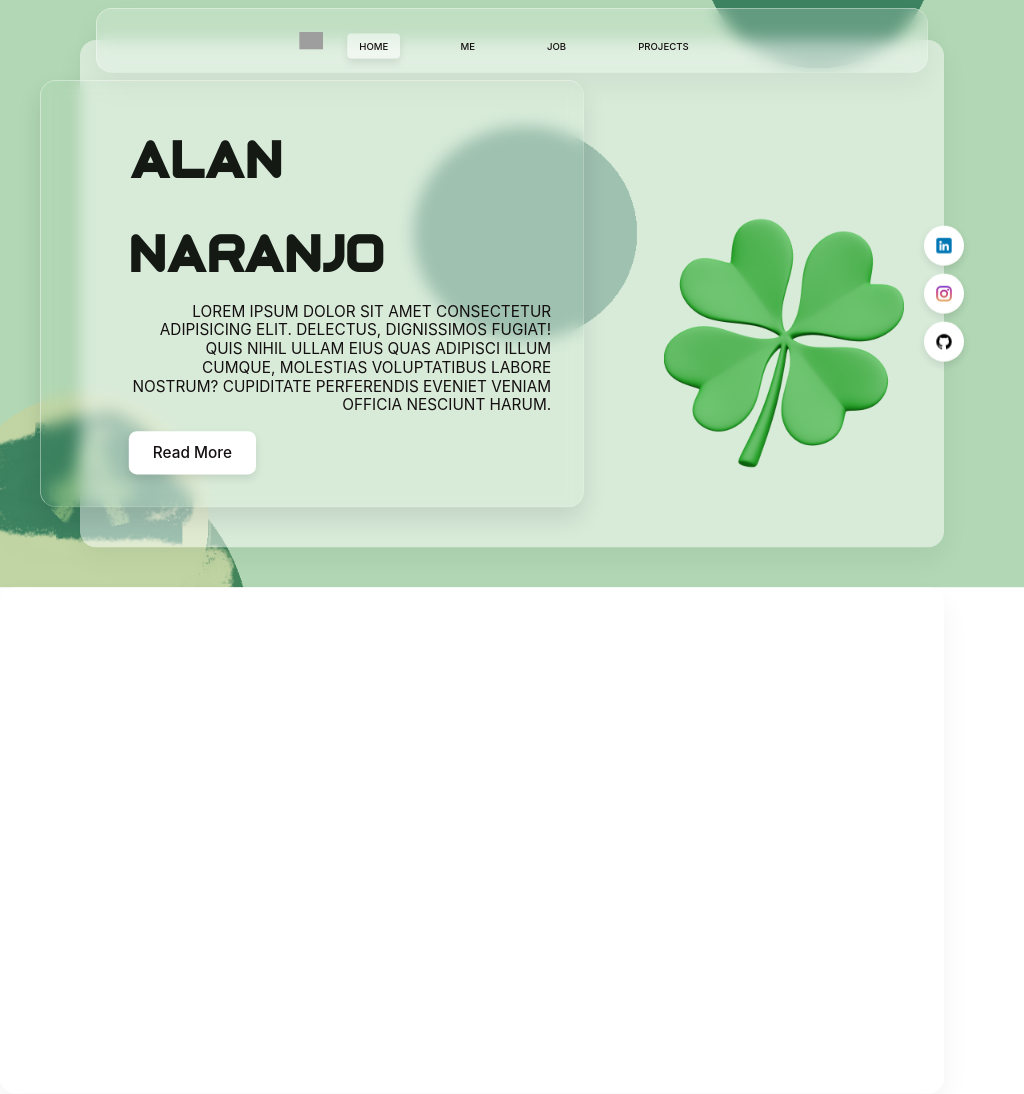
Repository: L-A-M-J-O/Me-sitio-Web
Page: / (app in my-project/)
An editor plug-in stored every save of this project. The page is shown before and after the next save, followed by the edit.
The browser window is 1280 px wide. The pictures show the whole page, at 80% of full size.
Pictures or frames that could not be fetched are drawn as grey boxes. Backgrounds fixed to the window are drawn as part of the page. The project was rebuilt for these pictures with package versions that can differ from the ones it lists, and the page was loaded fresh each time.

Above is the page before, as saved 2022-09-19 16:44:42.

### my-project/src/App.jsx
import './App.css';
import Me from './components/Me/Me';

import Navbar from './components/Navbar/Navbar'


function App() {
  return (
    <>
      <Navbar/>
      <Me/>
    </>


  );
}

export default App;

### my-project/src/App.css
 * {
    margin: 0;
    padding: 0;
    box-sizing: border-box;
 }

### my-project/src/components/Me/Me.jsx
import React from 'react'

import '../Me/Me.css'

function Me() {
  return (
    <div id='me' className='section-me'>
      <div className='container-m'>

      </div>
    </div>
  )
}

export default Me

### my-project/src/components/Navbar/Navbar.jsx
import React from 'react'

import {Link} from 'react-scroll'

import logotipo from '../../assets/img/logotipo.png'
import icon from '../../assets/img/icon.png'
import instagram from '../../assets/img/instagram.png'
import linkedin from '../../assets/img/linkedin.png'
import github from '../../assets/img/github.png'

import '../Navbar/Navbar.css'


function Navbar() {
  return (
    <section id='nav'>
      <div className='container-m'>
        <header>
          <Link to='nav' className='logo'><img src={ icon} alt='icon' width={30}/></Link>
          <ul>
            <li><Link to='nav' className='active'>Home</Link></li>
            <li><Link to='me' href='#' className=''>Me</Link></li>
            <li><Link href='#' className=''>Job</Link></li>
            <li><Link href='#' className=''>Projects</Link></li>
          </ul>
        </header>
        <div className='content'>
          <h2>Alan Naranjo</h2>
          <p>Lorem ipsum dolor sit amet consectetur adipisicing elit. Delectus, dignissimos fugiat! Quis nihil ullam eius quas adipisci illum cumque, molestias voluptatibus labore nostrum? Cupiditate perferendis eveniet veniam officia nesciunt harum.</p>
          <Link href='#'>Read More</Link>
        </div>
        <div className='img-icon'>
          <img src={ logotipo } alt='logotipo'/>
        </div>
        <ul className='sci'>
          <li><Link href='#'><img src={linkedin} alt='linkedin'/></Link></li>
          <li><Link href='#'><img src={instagram} alt='instagram'/></Link></li>
          <li><Link href='#'><img src={github} alt='github'/></Link></li>
        </ul>
      </div>
    </section>
  )
}

export default Navbar

### my-project/src/components/Me/Me.css
section {
    display: flex;
    justify-content: center;
    align-items: center;
    min-height: 100vh;
    background-image: url(../../assets/img/banner.png);
    background-position: center;
    background-attachment: fixed;
    padding: 50px;
}

### my-project/src/components/Navbar/Navbar.css
@font-face {
    font-family: Osiris;
    src: url(../../assets//img/Osiris.otf);
}

section {
    display: flex;
    justify-content: center;
    align-items: center;
    min-height: 100vh;
    background-image: url(../../assets/img/banner.png);
    background-position: center;
    background-attachment: fixed;
    padding: 50px;
}
.container-m{
    position: relative;
    width: calc(100% - 100px);
    height: 88vh;
    background-color: rgba(255, 255, 255, 0.5);
    box-shadow:  0 15px 35px rgba(0, 0, 0, 0.05);
    border-radius: 20px;
    display: flex;
    justify-content: space-between;
    align-items: center;
    padding: 50px;
}
header {
    position: absolute;
    top: -40px;
    right: 20px;
    left: 20px;
    padding: 20px 50px;
    display: flex;
    justify-content: center;
    align-items: baseline;
    background: rgba(255, 255, 255, 0.2);
    box-shadow:  0 15px 35px rgba(0, 0, 0, 0.05);
    border-radius: 20px;
    backdrop-filter: blur(10px);
    border: 1px solid rgba(255, 255, 255, 0.25);
    border-top: 1px solid rgba(255, 255, 255, 0.5);
    border-left: 1px solid rgba(255, 255, 255, 0.5);
}

header .logo {
    color: #140f10;
    font-weight: 700;
    text-decoration: none;
    font-size: 2rem;
}
header ul {
    display: flex;
}
header ul li {
    list-style: none;
    margin:  0 30px;
}
header ul li a {
    border: var(--default-border-width) solid var(--default-border-color);
    border-radius: var(--default-border-radius);
    text-transform: uppercase;
    font-weight: 500;
    font-size: max(12px,.9375vw);
    padding: 0 1.3333em;
    height: 2.5555em;
    line-height: 1.2222222222;
    transition: background-color .15s ease-in-out;
    -webkit-appearance: none;
    appearance: none;
    text-decoration: none;
    color: #140f10;
    padding: 8px 15px;
    border-radius: 25px;
    cursor: pointer;
}
header ul li a:hover,
header ul li a.active {
    border-radius: 5px;
    background-color: #ffffff81;
    color: #140f10;
    box-shadow: 0 5px 10px rgba(0, 0, 0, 0.1);
}

.content {
    transform: translateX(-100px);
    max-width: 700px;
    box-shadow:  0 15px 30px rgba(0, 0, 0, 0.1);
    border-radius: 20px;
    backdrop-filter: blur(10px);
    border: 1px solid rgba(255, 255, 255, 0.25);
    border-top: 1px solid rgba(255, 255, 255, 0.5);
    border-left: 1px solid rgba(255, 255, 255, 0.5);
    padding: 40px;
    padding-left: 110px;
}
.content h2 {
    font-family: Osiris;
    font-size: 4rem;
    line-height: 1.85;
    text-transform: lowercase;
    margin: 0;
    color: #141914;
}
.content p {
    text-align: end;
    border: var(--default-border-width) solid var(--default-border-color);
    border-radius: var(--default-border-radius);
    text-transform: uppercase;
    font-weight: 400;
    font-size: max(12px,.9375vw);
    line-height: 1.2222222222;
    transition: background-color .15s ease-in-out;
    -webkit-appearance: none;
    appearance: none;
    font-size: 1.2em;
    color: #140f10;
}
.content a {
    display: inline-block;
    padding: 15px 30px;
    background: #fff;
    color: #140f10;
    margin-top: 20px;
    border-radius: 10px;
    font-size: 1.2em;
    font-weight: 500;
    text-decoration: none;
    box-shadow:  0 5px 10px rgba(0, 0, 0, 0.1);
}
.img-icon img {
    max-width: 400px;
    animation: animate 5s linear infinite;
}
@keyframes animate {
    0%,100%{
        transform: translateY(50px);
    }
    50% {
        transform: translateY(100px);
    }
}
.sci {
    position: absolute;
    right: -25px;
    display: flex;
    justify-content: center;
    align-items: center;
    flex-direction: column;
}
.sci li {
    list-style: none;
}
.sci li a {
    text-decoration: none;
    width: 50px;
    height: 50px;
    background: #fff;
    display: flex;
    justify-content: center;
    align-items: center;
    border-radius: 50%;
    margin: 5px 0;
    box-shadow: 0 5px 10px rgba(0, 0, 0, 0.1);
}
.sci li a img {
    transform: scale(0.6);
    transition: 0.5s;
}
sci li:hover a img {
    transform: scale(0.6) rotate(360deg);
}

Loaded but not shown: my-project/src/index.js (common file); my-project/src/index.css (common file); my-project/src/reportWebVitals.js (common file)

After the next save:
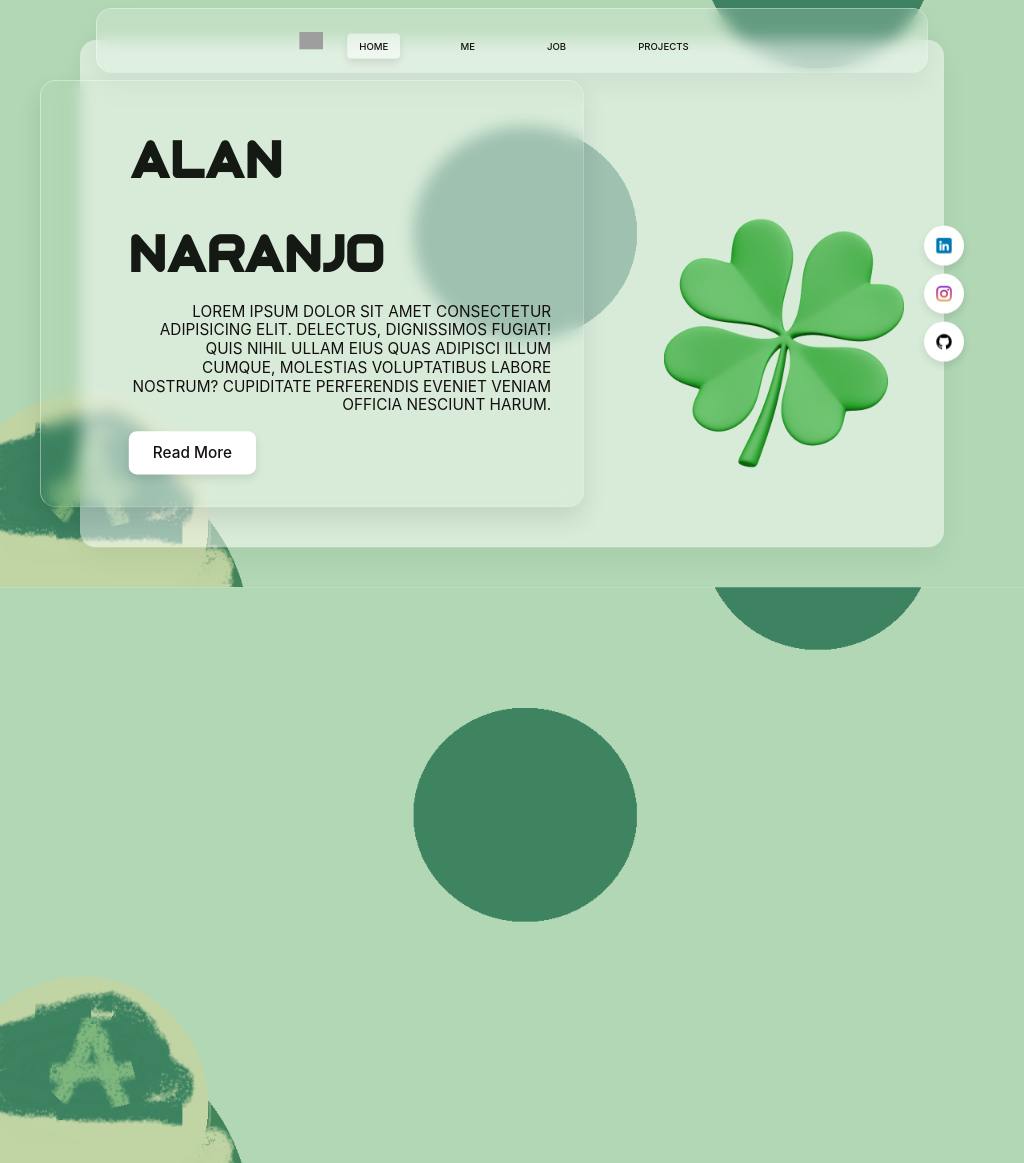
Saved 12 s later.
--- a/my-project/src/components/Me/Me.jsx
+++ b/my-project/src/components/Me/Me.jsx
@@ -4,11 +4,9 @@ import '../Me/Me.css'
 
 function Me() {
   return (
-    <div id='me' className='section-me'>
-      <div className='container-m'>
+    <section>
 
-      </div>
-    </div>
+    </section>
   )
 }
 
